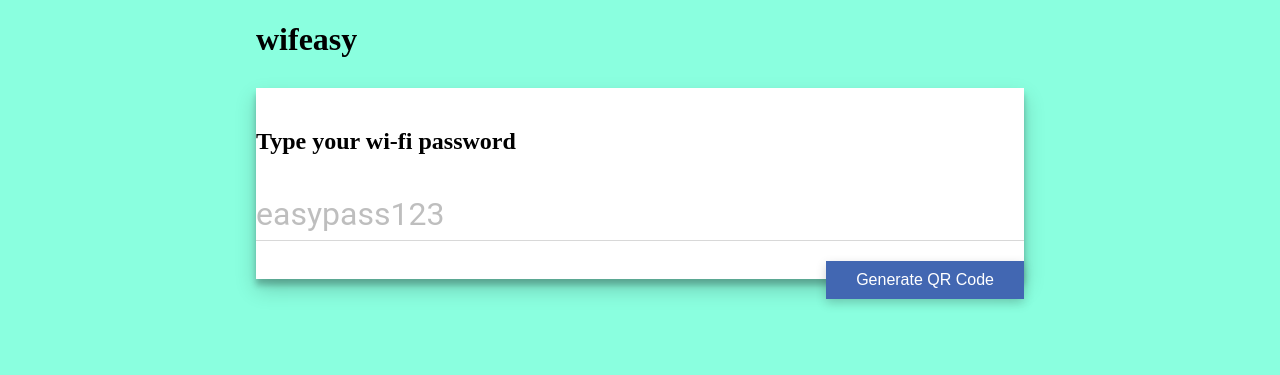
Repository: akagabi/wifeasy
Page: index.html
An editor plug-in stored every save of this project. The page is shown before and after the next save, followed by the edit.
The browser window is 1280 px wide. The pictures show the whole page.

Above is the page before, as saved 2018-12-25 13:27:10.

### index.html
<!DOCTYPE html>
<html lang="en">
<head>
    <meta charset="UTF-8">
    <meta name="viewport" content="width=device-width, initial-scale=1.0">
    <meta http-equiv="X-UA-Compatible" content="ie=edge">
    <title>Wifeasy</title>
    <link rel="stylesheet" href="style.css">
    <script src="qrcode.min.js"></script>
    <script src="index.js"></script>
</head>
<body>
    <div class="wrapper">
        <header class="header">
            <h1 class="header__title">
                wifeasy
            </h1>
        </header>
        <section class="steps">
            <article class="steps__container">
                <form class="form">
                    <h2 class="steps__title">
                        Type your wi-fi password
                    </h2>
                    <label class="input__wrapper">
                        <div class="input__container">
                            <input type="text" class="input" placeholder="easypass123">
                            <div class="input__line"></div>
                            <span class="input__placeholder">
                                easypass123
                            </span>
                        </div>
                    </label>
                    <div class="buttons">
                        <button class="button" type="button">
                            Generate QR Code
                        </button>
                    </div>
                </form>
            </article>
            <article class="steps__container">

            </article>
        </section>
    </div>
</body>
</html>

### style.css
body {
    background-color: rgb(138, 255, 223);
}

* {
    box-sizing: border-box;
}

.wrapper {
    margin: 0 auto;
    max-width: 768px;
}

.header__title {
    margin-bottom: 30px;
}

.input__wrapper {
    display: block;
    margin-bottom: 20px;
}

  .input {
    font-family: "Roboto";
    background-color: transparent;
    border: 0;
    color: #333333;
    font-size: 32px;
    line-height: 1.13;
    margin-top: 23px;
    outline: none;
    margin-bottom: 5px;
    position: relative;
    transition: border 0.125s ease-in-out;
    width: 100%;
  }
  .input::placeholder {
    color: transparent;
  }

  .input:placeholder-shown + .input__line::after {
    width: 0;
  }

  .input:placeholder-shown ~ .input__placeholder {
    font-size: 32px;
    opacity: 0.25;
    transform: translateY(0);
  }

  .input__container {
    position: relative;
  }

  .input__line {
    background-color: rgba(102, 102, 102, 0.25);
    bottom: 0;
    height: 1px;
    left: 0;
    position: absolute;
    right: 0;
  }

  .input__line::after {
    background-color: #4267b2;
    content: "";
    position: absolute;
    left: 0;
    height: 2px;
    bottom: 0;
    width: 100%;
    transition: width 0.325s ease-in-out;
  }

  .input__wrapper {
    display: block;
  }

  .input__placeholder {
    font-family: "Roboto";
    bottom: 8px;
    left: 0;
    position: absolute;
    opacity: 0;
    pointer-events: none;
    transition: all 0.125s ease-in-out;
  }

  .steps {
    background-color: #fff;
    box-shadow: 0 10px 20px rgba(0,0,0,0.19), 0 6px 6px rgba(0,0,0,0.23);
    padding: 20px;
  }

  .buttons {
    display: flex;
    justify-content: flex-end;
  }

  .button {
    background: #4267b2 ;
    box-shadow: 0 4px 10px rgba(0,0,0,0.19);
    border: 0;
    color: #fff;
    font-size: 16px;
    padding: 10px 30px;
  }


.steps {
    height: 0;
    position: relative;
}

.steps__container {
    left: 0;
    opacity: 0;
    transition: height .225s ease-in-auto, opacity .125s ease-in-out .175s;
    position: absolute;
    width: 100%;
}

.steps__container.visible {
    opacity: 1;
}

### index.js
document.addEventListener('DOMContentLoaded', function() {
    var form = document.querySelector('.form');
    var steps = {
        wrapper: document.querySelector('.steps'),
        container: document.querySelectorAll('.steps__container')
    };

    changeStep(0);

    form.addEventListener('submit', function(e) {
        e.preventDefault();
    });

    function changeStep(step) {
        var selected = steps.container[step];
        var bounds = selected.getBoundingClientRect();
        var height = bounds.height;

        steps.wrapper.style.height = height + 'px';

        steps.container.forEach(function(step) {
            step.classList.remove('visible');
        });

        selected.classList.add('visible');
    }
});

Loaded but not shown: qrcode.min.js (library)

After the next save:
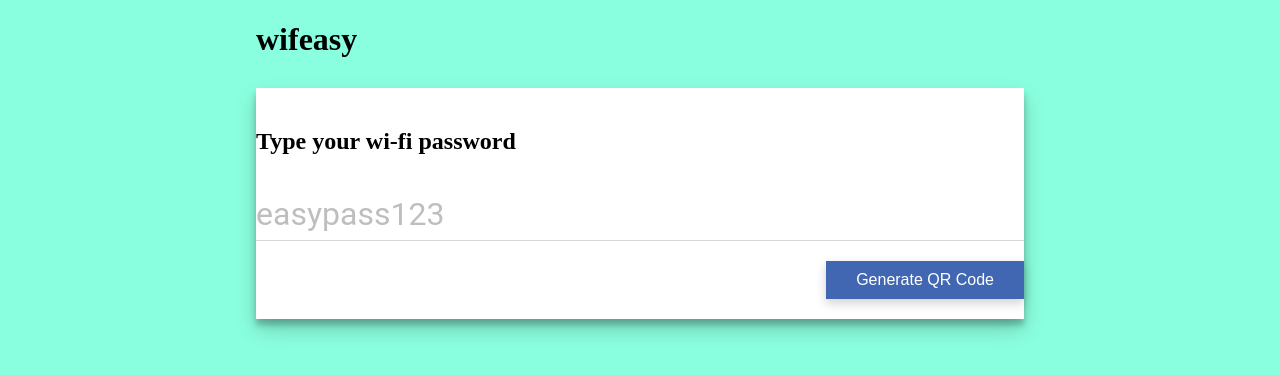
Saved 13 s later.
--- a/index.js
+++ b/index.js
@@ -14,7 +14,7 @@
     function changeStep(step) {
         var selected = steps.container[step];
         var bounds = selected.getBoundingClientRect();
-        var height = bounds.height;
+        var height = bounds.height + 40;
 
         steps.wrapper.style.height = height + 'px';
 

After the save that followed:
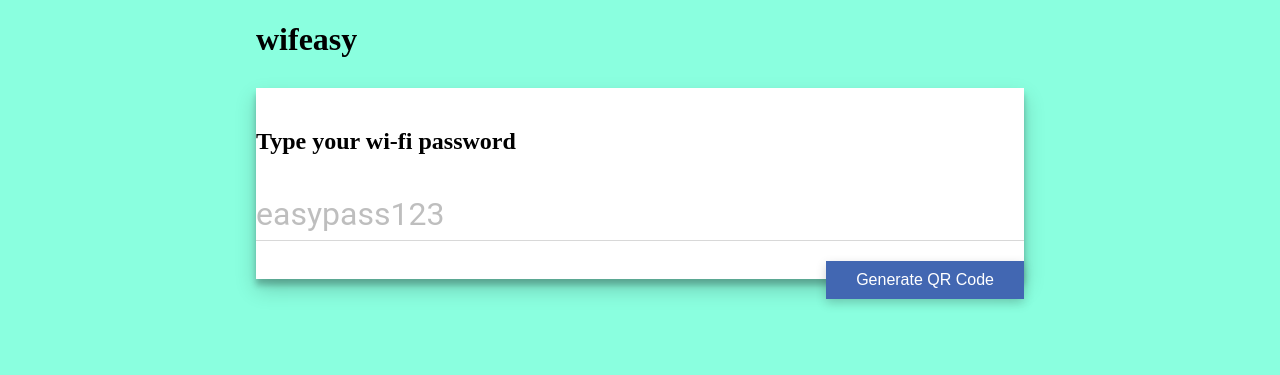
Saved 12 s later.
--- a/index.js
+++ b/index.js
@@ -14,7 +14,7 @@
     function changeStep(step) {
         var selected = steps.container[step];
         var bounds = selected.getBoundingClientRect();
-        var height = bounds.height + 40;
+        var height = bounds.height;
 
         steps.wrapper.style.height = height + 'px';
 
